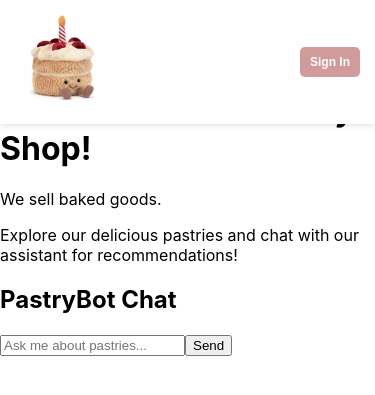
Repository: agrnerd17/Website-Chatbot
Page: / (app in pastry-chatbot/)
These files come from the project's save history. The page is drawn as it stood at one moment and after the next save; the edit follows.
The browser window is 375 px wide. The pictures show the whole page.
The project was rebuilt for these pictures with package versions that can differ from the ones it lists, and the page was loaded fresh each time. Also part of the build but not shown: pastry-chatbot/src/styles/Chatbot.css.

Above is the page before, as saved 2024-12-08 14:15:59.

After the next save:
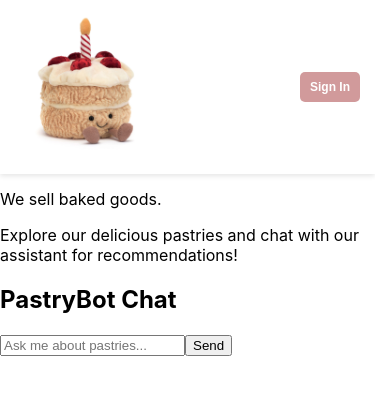
Saved 7 s later.
--- a/pastry-chatbot/src/styles/Navbar.css
+++ b/pastry-chatbot/src/styles/Navbar.css
@@ -86,6 +86,6 @@
     }
 
     .navbar-logo img {
-      height: 100px; /* Resize logo */
+      height: 150px; /* Resize logo */
     }
   }
